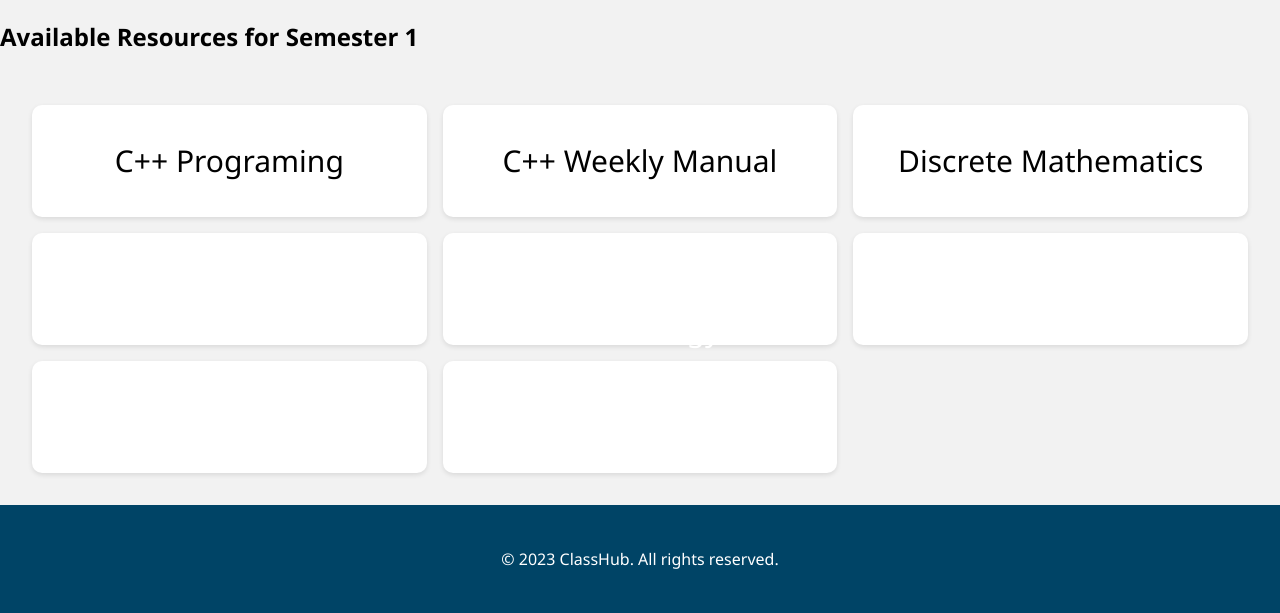
Repository: MariamSawera/eduNova
Page: semester1.html
The author's editor kept a copy of each file at every save. The page is drawn from the files as they stood at one save, then again after the next save.
The browser window is 1280 px wide. The pictures show the part of the page from y = 294 to 907 px (the page is 907 px tall).

Above is the page before, as saved 2025-07-21 21:26:17.

After the next save:
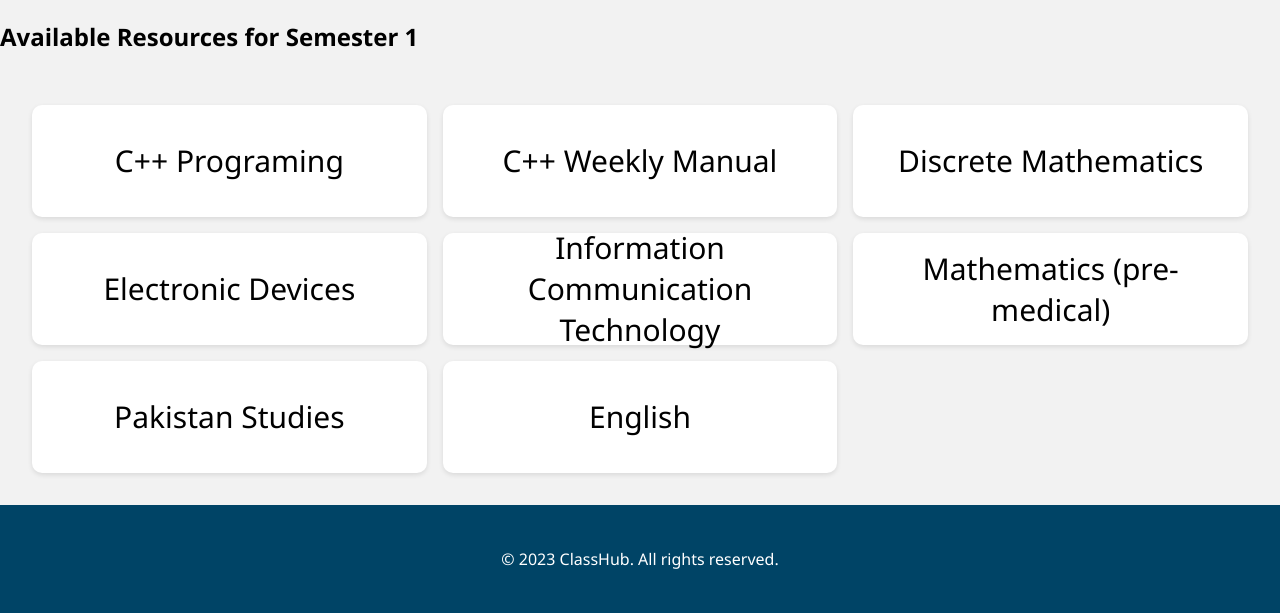
Saved 13 s later.
--- a/semester1.html
+++ b/semester1.html
@@ -33,11 +33,11 @@
         <div class="link-card" style="color: black;"><a href="https://drive.google.com/drive/folders/107JqVOv88Fd92JowXaY-PRxd7YaUVjqE?usp=drive_link" target="_blank">C++ Programing</a></div>
         <div class="link-card" style="color: black;"><a href="https://drive.google.com/drive/folders/1-wXgk55pBIPaTlGGSjHjC05zFuhTXC0J?usp=drive_link" target="_blank">C++ Weekly Manual </a></div>
         <div class="link-card" style="color: black;"><a href="https://drive.google.com/drive/folders/10LtCkj5NTZ55ltIwCDD5zz6DSAjf3nnH?usp=drive_link" target="_blank">Discrete Mathematics</a></div>
-        <div class="link-card"><a href="https://drive.google.com/drive/folders/10BQ2rqRyouELCtNv4xKEXuyZJgSYMjdB?usp=drive_link" target="_blank">Electronic Devices</a></div>
-        <div class="link-card"><a href="https://drive.google.com/drive/folders/10KPI5x9fh2YeOktNCOFIZnkyhQiEcjKa?usp=drive_link" target="_blank">Information Communication Technology</a></div>
-        <div class="link-card"><a href="https://drive.google.com/drive/folders/10l_7g8jQ9fqraMbjIqZynxW4N8hcbFr2?usp=drive_link" target="_blank">Mathematics (pre-medical)</a></div>
-        <div class="link-card"><a href="https://drive.google.com/drive/folders/1013mME8j22eaJip78wbZ1QB-dDGhfw2A?usp=drive_link" target="_blank">Pakistan Studies</a></div>
-        <div class="link-card"><a href="https://drive.google.com/drive/folders/10gWOP3mKbQupVoY0L6sB0ZBs8oteaTOw?usp=drive_link"target="_blank">English</a></div>
+        <div class="link-card" style="color: black;"><a href="https://drive.google.com/drive/folders/10BQ2rqRyouELCtNv4xKEXuyZJgSYMjdB?usp=drive_link" target="_blank">Electronic Devices</a></div>
+        <div class="link-card" style="color: black;"><a href="https://drive.google.com/drive/folders/10KPI5x9fh2YeOktNCOFIZnkyhQiEcjKa?usp=drive_link" target="_blank">Information Communication Technology</a></div>
+        <div class="link-card" style="color: black;"><a href="https://drive.google.com/drive/folders/10l_7g8jQ9fqraMbjIqZynxW4N8hcbFr2?usp=drive_link" target="_blank">Mathematics (pre-medical)</a></div>
+        <div class="link-card" style="color: black;"><a href="https://drive.google.com/drive/folders/1013mME8j22eaJip78wbZ1QB-dDGhfw2A?usp=drive_link" target="_blank">Pakistan Studies</a></div>
+        <div class="link-card" style="color: black;"><a href="https://drive.google.com/drive/folders/10gWOP3mKbQupVoY0L6sB0ZBs8oteaTOw?usp=drive_link"target="_blank">English</a></div>
     </div>
 
 
